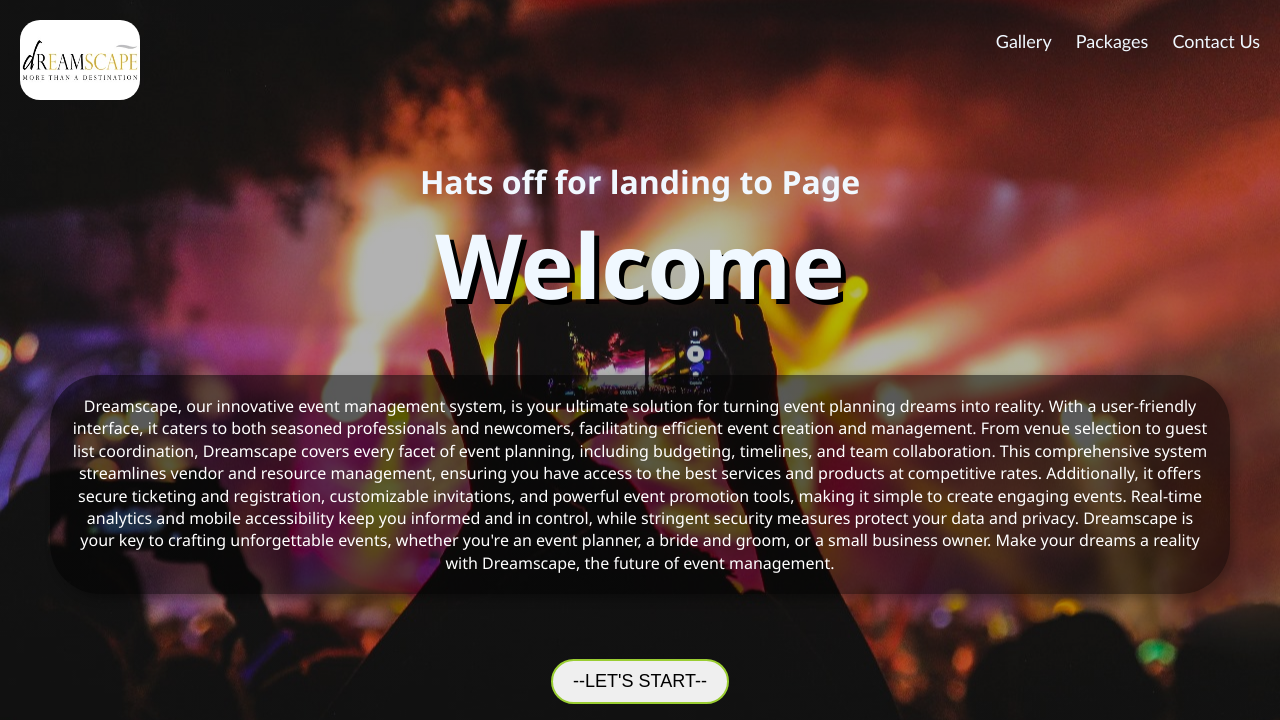
Repository: Dulankayapa/2ndyearoopprojrct
Page: http://localhost/feedback/welcome.jsp
An editor plug-in stored every save of this project. The page is shown before and after the next save, followed by the edit.
The browser window is 1280 px wide. The pictures show the whole page.
The page is served by Tomcat 9. Other server files are loaded and not shown.

Above is the page before, as saved 2023-10-23 12:37:38.

### feedback/src/main/webapp/welcome.jsp
<%@ page language="java" contentType="text/html; charset=ISO-8859-1"
    pageEncoding="ISO-8859-1"%>
<!DOCTYPE html>
<html>
<head>
   <title>DreamScape</title>
   <style>

	* {
	    margin: 0;
	    padding: 0;
	}


	body{

	   background-image:linear-gradient(rgba(0,0,0,0.3),rgba(0,0,0,0.3)),url("pexels-pixabay-206359.jpg");
	   background-repeat: no-repeat;
	   background-position: center;
	   background-size: cover;
	   background-attachment: fixed;
	  }

	  img{
	  	border-radius: 40px;
	    width: 120px;
	    height: 80px;
	    margin: 0;
	    padding: 20px;
	  }

	h2{
	    font-family:'Segoe UI', Tahoma, Geneva, Verdana, sans-serif;
	    text-align: center;
	    color: aliceblue;
	    font-size: 32px;
	    margin: 0% 0% 0% 0%;
	    padding: 0%;

	}

	h1{
	    text-align: center;
	    font-size: 90px;
	    font-family: 'Segoe UI', Tahoma, Geneva, Verdana, sans-serif;
	    color: aliceblue;
	    text-shadow: 5px 5px black;
	    margin: 0%;
	    padding: 0%;
	}

	p{
	    font-family: 'Segoe UI', Tahoma, Geneva, Verdana, sans-serif;
	    text-align: center;
	    color: azure;
	    line-height: 1.4;
	    margin: 50px 50px 60px 50px;
	}

	.showcase{
	    justify-content: center;
	    align-items: center;
	    text-align: center;
	}

	.button{
	    font-size: 18px;
	    text-decoration: none;
	    color: black;
	    border: yellowgreen 2px solid;
	    padding: 10px 20px;
	    border-radius: 40px;
	    margin-top: 5px;
	}

	.button:hover{

	    background: green;
	    color: aliceblue;
	}

	.nav-area{
	    float: right;
	    list-style: none;
	    margin-top: 30px;
	    padding-right: 10px;
	}

	.nav-area li{
	    display: inline-block;
	}

	.nav-area li a{
	    color: aliceblue;
	    text-decoration: none;
	    padding: 5px 10px;
	    font-family:'Trebuchet MS', 'Lucida Sans Unicode', 'Lucida Grande', 'Lucida Sans', Arial, sans-serif;
	    font-size: 18px;
	    border-radius: 10px;
	}

	.nav-area li a:hover{
	    background:aliceblue;
	    color: blue;

	}



   </style>
</head>
<body>

    <img src="headerlogo.jpg" alt="logo" class="img">




    <ul class="nav-area">

        <li><a href="EventGallery.jsp">Gallery</a></li>
        <li><a href="www.google.com">Packages</a></li>
        <li><a href="www.google.com">Contact Us</a></li>
    </ul>
	<br><br><br>
    <h2>Hats off for landing to Page </h2>
    <h1> Welcome</h1>
    <p style="background-color: rgba(0, 0, 0, 0.5); color: white;  padding: 20px; border-radius: 50px; box-shadow: 5px 5px 10px rgba(0, 0, 0, 0.3);">
	Dreamscape, our innovative event management system, is your ultimate solution for turning event planning dreams into reality.
	 With a user-friendly interface, it caters to both seasoned professionals and newcomers, facilitating efficient event creation and management.
	From venue selection to guest list coordination, Dreamscape covers every facet of event planning, including budgeting, timelines, and team collaboration.
	 This comprehensive system streamlines vendor and resource management, ensuring you have access to the best services and products at competitive rates.
	Additionally, it offers secure ticketing and registration, customizable invitations, and powerful event promotion tools, making it simple to create engaging events.
	 Real-time analytics and mobile accessibility keep you informed and in control,
	while stringent security measures protect your data and privacy. Dreamscape is your key to crafting unforgettable events, whether you're an event planner,
	a bride and groom, or a small business owner. Make your dreams a reality with Dreamscape, the future of event management.</p>

    <div class="showcase">
    <button class="button"> --LET'S START--</button>
    </div>

</body>
</html>

After the next save:
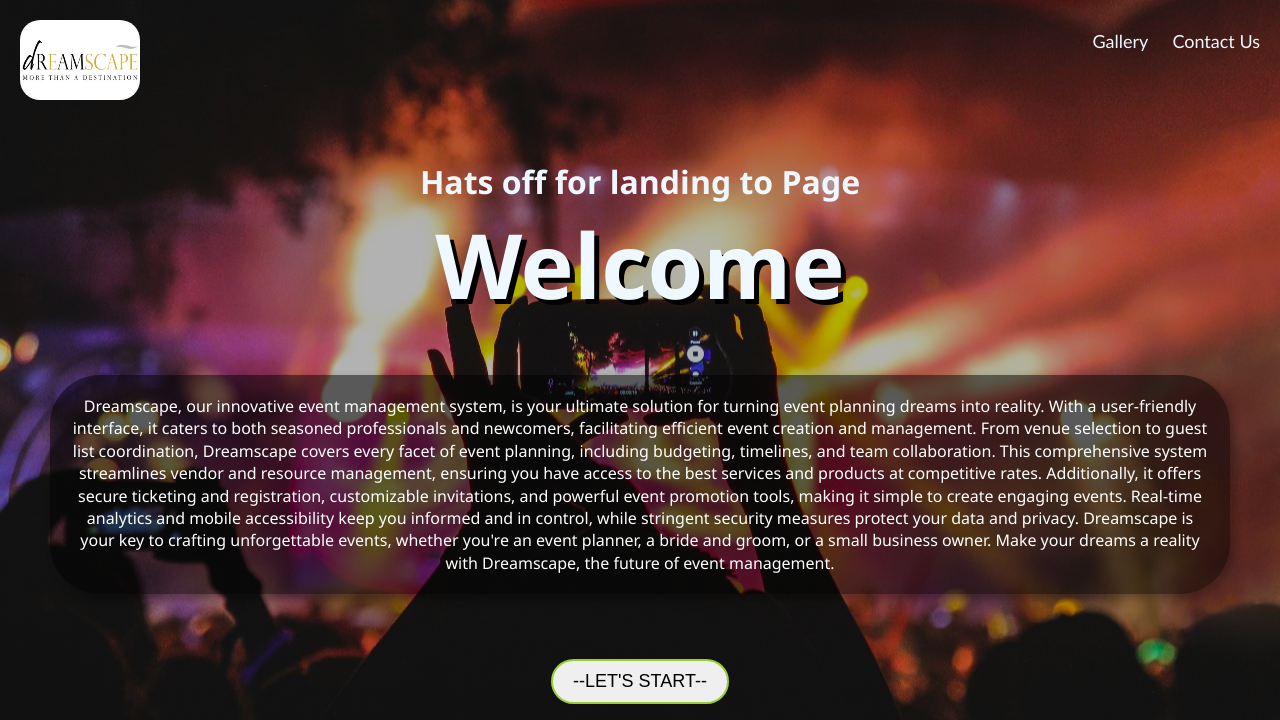
Saved 21 s later.
--- a/feedback/src/main/webapp/welcome.jsp
+++ b/feedback/src/main/webapp/welcome.jsp
@@ -119,8 +119,7 @@
     <ul class="nav-area">
 
         <li><a href="EventGallery.jsp">Gallery</a></li>
-        <li><a href="www.google.com">Packages</a></li>
-        <li><a href="www.google.com">Contact Us</a></li>
+      <li><a href="www.google.com">Contact Us</a></li>
     </ul>
 	<br><br><br>
     <h2>Hats off for landing to Page </h2>
